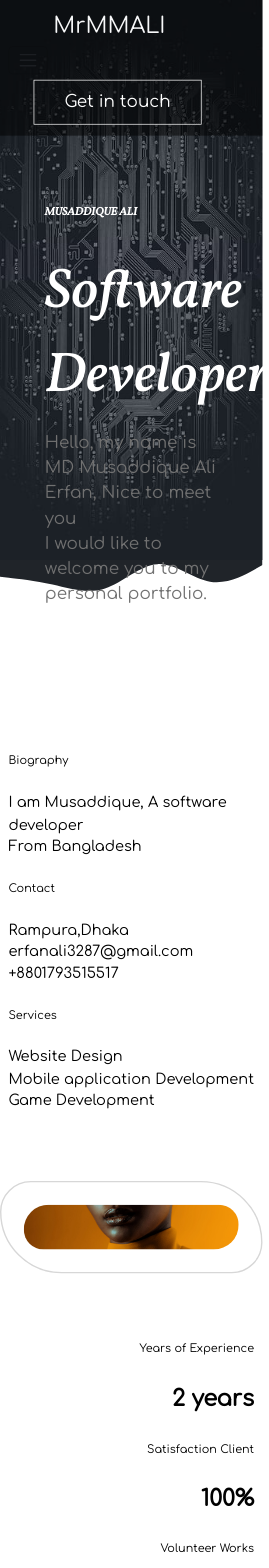
Repository: MMALI3287/Resume
Page: index.html
An editor plug-in stored every save of this project. The page is shown before and after the next save, followed by the edit.
The browser window is 375 px wide. The page is 384 px wide, so the pictures cover 384 px, including what lies to the right of the window. The pictures show the part of the page from y = 0 to 2240 px (the page is 11294 px tall), at 70% of full size.
Some web libraries are served in a nearby version.

Above is the page before, as saved 2023-07-16 02:43:06.

### index.html
<!DOCTYPE html>
<html lang="en">
  <head>
    <meta charset="UTF-8" />
    <meta name="viewport" content="width=device-width, initial-scale=1.0" />
    <link rel="stylesheet" href="css/bootstrap.css" />
    <link rel="stylesheet" href="css/style.css" />
    <title>Musaddique Ali - Web Development, Programmer </title>
  <link rel="stylesheet" href="css/style.css" />
  <script src="https://kit.fontawesome.com/03ffe29f8b.js" crossorigin="anonymous"></script>
  <!-- Google tag (gtag.js) -->
<script async src="https://www.googletagmanager.com/gtag/js?id=G-VLNF64TM34"></script>
<script>
  window.dataLayer = window.dataLayer || [];
  function gtag(){dataLayer.push(arguments);}
  gtag('js', new Date());

  gtag('config', 'G-VLNF64TM34');
</script>
  </head>
  <body>
    <div id="header">
      <nav class="navbar navbar-expand-lg position-fixed top-0 w-100">
        <div class="container-fluid">
          <a class="navbar-brand logo text-light" href="#">MrMMALI</a>
          <button
            class="navbar-toggler"
            type="button"
            data-bs-toggle="collapse"
            data-bs-target="#navbarNav"
            aria-controls="navbarNav"
            aria-expanded="false"
            aria-label="Toggle navigation"
          >
            <span class="navbar-toggler-icon"></span>
          </button>
          <div class="collapse navbar-collapse" id="navbarNav">
            <ul class="navbar-nav">
              <li class="nav-item">
                <a
                  class="nav-link active text-light"
                  aria-current="page"
                  href="#"
                  >Home</a
                >
              </li>
              <li class="nav-item">
                <a class="nav-link text-light" href="#portfolio">Portfolio</a>
              </li>
              <li class="nav-item">
                <a class="nav-link text-light" href="#expertise">Expertise</a>
              </li>
              <li class="nav-item">
                <a class="nav-link text-light" href="#about">About</a>
              </li>
              <li class="nav-item">
                <a class="nav-link text-light" href="#serv">Services</a>
              </li>
              <li class="nav-item">
                <a class="nav-link text-light" href="#projects">Projects</a>
              </li>
            </ul>
          </div>
        </div>
        <div class="git rounded-0" >
          <a class="cont" href="#contact">
            Get in touch
          </a>
        </div>
      </nav>
      <div class="land">
        <div class="header-text">
          <p class="mb-0">MUSADDIQUE ALI</p>
        </div>
        <div class="subheader">
          <p>Software Developer</p>
        </div>
        <div class="sub">
          <p>
            Hello, my name is MD Musaddique Ali Erfan, Nice to meet you <br />
            I would like to welcome you to my personal portfolio.
          </p>
        </div>
      </div>
    </div>
    <div class="abt">
    <svg xmlns="http://www.w3.org/2000/svg" viewBox="0 100 1440 320">
      <path
        fill="#202429"
        fill-opacity="1"
        d="M0,192L48,197.3C96,203,192,213,288,234.7C384,256,480,288,576,256C672,224,768,128,864,122.7C960,117,1056,203,1152,218.7C1248,235,1344,181,1392,154.7L1440,128L1440,0L1392,0C1344,0,1248,0,1152,0C1056,0,960,0,864,0C768,0,672,0,576,0C480,0,384,0,288,0C192,0,96,0,48,0L0,0Z"
      ></path>
    </svg>
    <div class="container" id="portfolio">
      <div class="row">
        <div class="col-md-3">
          <p class="biog">Biography</p>
          <p class="subtext">
            I am Musaddique, A software developer <br />
            From Bangladesh
          </p>
          <p>Contact</p>
          <p class="subtext">
            Rampura,Dhaka <br />erfanali3287@gmail.com <br />+8801793515517
          </p>
          <p>Services</p>
          <p class="subtext bot">
            Website Design <br />Mobile application Development <br />Game
            Development
          </p>
        </div>
        <div class="col-md-6 capbord">
          <div id="capsule"></div>
        </div>
        <div class="col-md-3">
          <p class="biog text-end">Years of Experience</p>
          <p class="subtext2 text-end">2 years</p>
          <p class="text-end">Satisfaction Client</p>
          <p class="subtext2 text-end">100%</p>
          <p class="text-end">Volunteer Works</p>
          <p class="subtext2 text-end">5+</p>
          <p class="text-end">Projects</p>
          <p class="subtext2 text-end">10+</p>
        </div>
      </div>
    </div>
    <svg xmlns="http://www.w3.org/2000/svg" viewBox="0 0 1440 320"><path fill="#202429" fill-opacity="1" d="M0,256L24,229.3C48,203,96,149,144,144C192,139,240,181,288,197.3C336,213,384,203,432,218.7C480,235,528,277,576,272C624,267,672,213,720,202.7C768,192,816,224,864,202.7C912,181,960,107,1008,112C1056,117,1104,203,1152,208C1200,213,1248,139,1296,122.7C1344,107,1392,149,1416,170.7L1440,192L1440,320L1416,320C1392,320,1344,320,1296,320C1248,320,1200,320,1152,320C1104,320,1056,320,1008,320C960,320,912,320,864,320C816,320,768,320,720,320C672,320,624,320,576,320C528,320,480,320,432,320C384,320,336,320,288,320C240,320,192,320,144,320C96,320,48,320,24,320L0,320Z"></path></svg>

    <div class="advantage bg-dark text-center" id="expertise">
      <div class="container">
        <div class="row">
          <p class="mexp">My Expertise</p>
        </div>
        <div class="row">
          <div class="col-md-2">
            <img
              src="assets/images/c-.png"
              height="100px"
              width="100px"
              alt="c++"
            />
            <br />
            <p class="text-light h1 mb-5 mt-5 fw-bold">91%</p>
            <p class="text-light h5 p-5">C++</p>
          </div>
          <div class="col-md-2">
            <img
              src="assets/images/android-icon.svg"
              height="100px"
              width="100px"
              alt="c++"
            /><br />
            <p class="text-light h1 mb-5 mt-5 fw-bold">84%</p>
            <p class="text-light h5 p-5">Android</p>
          </div>
          <div class="col-md-2">
            <img
              src="assets/images/flutterio-icon.svg"
              height="100px"
              width="100px"
              alt="c++"
            /><br />
            <p class="text-light h1 mb-5 mt-5 fw-bold">78%</p>
            <p class="text-light h5 p-5">Flutter</p>
          </div>
          <div class="col-md-2">
            <img
              src="assets/images/unity.png"
              height="100px"
              width="100px"
              alt="c++"
            /><br />
            <p class="text-light h1 mb-5 mt-5 fw-bold">76%</p>
            <p class="text-light h5 p-5">Unity</p>
          </div>
          <div class="col-md-2">
            <img
              src="assets/images/ADBE.svg"
              height="100px"
              width="100px"
              alt="c++"
            /><br />
            <p class="text-light h1 mb-5 mt-5 fw-bold">83%</p>
            <p class="text-light h5 p-5">Adobe</p>
          </div>
          <div class="col-md-2">
            <img
              src="https://upload.wikimedia.org/wikipedia/commons/0/0e/Microsoft_365_%282022%29.svg"
              height="100px"
              width="100px"
              alt="c++"
            /><br />
            <p class="text-light h1 mb-5 mt-5 fw-bold">94%</p>
            <p class="text-light h5 p-5">Office</p>
          </div>
        </div>
      </div>
    </div>
  </div>

    <svg xmlns="http://www.w3.org/2000/svg" viewBox="0 0 1440 320"><path fill="#202429" fill-opacity="1" d="M0,160L48,181.3C96,203,192,245,288,250.7C384,256,480,224,576,197.3C672,171,768,149,864,165.3C960,181,1056,235,1152,250.7C1248,267,1344,245,1392,234.7L1440,224L1440,0L1392,0C1344,0,1248,0,1152,0C1056,0,960,0,864,0C768,0,672,0,576,0C480,0,384,0,288,0C192,0,96,0,48,0L0,0Z"></path></svg>

    <!-- * about -->
  <div id="about">
    <div class="container">
      <div class="rowc">
        <div class="about-col-1">
          <img src="assets/images/capsule.jpg" alt="user" />
        </div>
        <div class="about-col-2">
          <h2 class="sub-title text-dark">About Me</h2>
          <p class="h5 fw-500">
            I am a software developer. I have been working as a software developer for 6 months. I have
            experience in web development, app development, and UI/UX design. I am a hardworking and
            dedicated person. I am always ready to learn new things.
          </p>
          <div class="tab-titles">
            <p class="tab-links active-link" onclick="opentab('skills')">Skills</p>
            <p class="tab-links" onclick="opentab('experience')"">Experience</p>
              <p class=" tab-links" onclick="opentab('education')"">Education</p>
            </div>
            <div class=" tab-contents active-tab" id="skills">
            <ul>
              <li><span>UI/UX</span><br />Designing Web/App Interface</li>
              <li><span>Web Development</span><br />Web app Development</li>
              <li>
                <span>App Development</span><br />Building Android/iOS apps
              </li>
            </ul>
          </div>
          <div class="tab-contents" id="experience">
            <ul>
              <li>
                <span>2022 - Current</span><br />Software Developer Intern at
                TETON Pvt ltd
              </li>
            </ul>
          </div>
          <div class="tab-contents" id="education">
            <ul>
              <li>
                <span>Current</span><br />BSc. from Ahsanullah University of
                Science and Technology
              </li>
              <li>
                <span>2020</span> <br />
                HSC from Saint Joseph Higher Secondary School and College
              </li>
              <li>
                <span>2018</span><br />SSC from Ideal School and College
              </li>
            </ul>
          </div>
        </div>
      </div>
    </div>
  </div>
  <svg xmlns="http://www.w3.org/2000/svg" id="serv" viewBox="0 0 1440 320"><path fill="#202429" fill-opacity="1" d="M0,224L24,202.7C48,181,96,139,144,138.7C192,139,240,181,288,197.3C336,213,384,203,432,218.7C480,235,528,277,576,282.7C624,288,672,256,720,224C768,192,816,160,864,160C912,160,960,192,1008,181.3C1056,171,1104,117,1152,122.7C1200,128,1248,192,1296,197.3C1344,203,1392,149,1416,122.7L1440,96L1440,320L1416,320C1392,320,1344,320,1296,320C1248,320,1200,320,1152,320C1104,320,1056,320,1008,320C960,320,912,320,864,320C816,320,768,320,720,320C672,320,624,320,576,320C528,320,480,320,432,320C384,320,336,320,288,320C240,320,192,320,144,320C96,320,48,320,24,320L0,320Z"></path></svg>


  <!-- * services -->
  <div id="services">
    <div class="container">
      <h2 class="sub-title">My Services</h2>
      <div class="services-list">
        <div>
          <i class="fa-solid fa-crop"></i>
          <h2>Game Development</h2>
          <p>
            Game Development is the art of creating captivating and immersive interactive experiences. It combines technical expertise, artistic creativity, and player psychology to craft unforgettable games.
          </p>
          <a href="https://www.freecodecamp.org/news/what-is-game-development/">Learn more</a>
        </div>
        <div>
          <i class="fa-solid fa-code"></i>
          <h2>Web Development</h2>
          <p>
            Web Development is the process of creating a website for the internet. It is a process of creating a website for the internet.
          </p>
          <a href="https://brainstation.io/career-guides/what-is-web-development">Learn more</a>
        </div>
        <div>
          <i class="fa-solid fa-mobile-screen"></i>
          <h2>App Development</h2>
          <p>
            App Development is the process of creating a mobile application for smartphones and tablets. It is a process of creating a mobile application for smartphones and tablets.
          </p>
          <a href="https://orases.com/what-is-app-development/">Learn more</a>
        </div>
      </div>
    </div>
  </div>
<svg xmlns="http://www.w3.org/2000/svg" id="projects" viewBox="0 0 1440 320"><path fill="#202429" fill-opacity="1" d="M0,256L24,234.7C48,213,96,171,144,170.7C192,171,240,213,288,224C336,235,384,213,432,213.3C480,213,528,235,576,224C624,213,672,171,720,149.3C768,128,816,128,864,122.7C912,117,960,107,1008,138.7C1056,171,1104,245,1152,261.3C1200,277,1248,235,1296,208C1344,181,1392,171,1416,165.3L1440,160L1440,0L1416,0C1392,0,1344,0,1296,0C1248,0,1200,0,1152,0C1104,0,1056,0,1008,0C960,0,912,0,864,0C816,0,768,0,720,0C672,0,624,0,576,0C528,0,480,0,432,0C384,0,336,0,288,0C240,0,192,0,144,0C96,0,48,0,24,0L0,0Z"></path></svg>

  <!-- -------------------portfolio------------------- -->
  <div id="portfolio">
    <div class="container">
      <h2 class="sub-title text-dark">My Latest Projects</h2>
      <div class="work-list">
        <div class="work">
          <div class="p-2 rounded-3 border bg-danger"><img src="assets/images/wordmaestro.jpg" height="250px" alt="UX"></div>
          <div class="layer">
            <p class="text-light h1">
              Word Maestro
            </p>
            <p class="text-light h5 mt-3">
              A puzzle game made with C++ for all ages
            </p>
            <a href="https://github.com/MMALI3287/Word-Maestro"><i class="fa-sharp fa-solid fa-up-right-from-square"></i></a>
          </div>
          <p class="h3 mt-4">Word Maestro</p>
          <p class="h6">Game Development with C++</p>
        </div>
        <div class="work">
          <div class="p-2 rounded-3 border bg-danger"><img src="assets/images/resortadmin.jpg"  height="250px"  alt="Web"></div>
          <div class="layer">
            <p class="text-light h1">
              Resort Administration
            </p>
            <p class="text-light h5 mt-3">
              A database application made with MySQL and Java in NetBeans to manage a resort
            </p>
            <a href="https://github.com/MMALI3287/Resort-Administration"><i class="fa-sharp fa-solid fa-up-right-from-square"></i></a>
          </div>
          <p class="h3 mt-4">Resort Administration</p>
          <p class="h6">Software Development with Java</p>
        </div>
        <div class="work">
          <div class="p-2 rounded-3 border bg-danger"> <img src="assets/images/reuse.png"  height="250px"  alt="App"></div>
          <div class="layer">
            <p class="text-light h1">
              ReUse
            </p>
            <p class="text-light h5 mt-3">
              An android application to donate unwanted items to the needy
            </p>
            <a href="https://github.com/MMALI3287/ReUse"><i class="fa-sharp fa-solid fa-up-right-from-square"></i></a>
          </div>
          <p class="h3 mt-4">ReUse</p>
          <p class="h6">Mobile Development with Android</p>
        </div>
      </div>
      <a href="https://github.com/MMALI3287?tab=repositories" class="btnc text-dark">See more</a>
    </div>
  </div>
  <svg xmlns="http://www.w3.org/2000/svg" viewBox="0 20 1440 300"><path fill="#202429" fill-opacity="1" d="M0,128L48,160C96,192,192,256,288,272C384,288,480,256,576,250.7C672,245,768,267,864,240C960,213,1056,139,1152,133.3C1248,128,1344,192,1392,224L1440,256L1440,320L1392,320C1344,320,1248,320,1152,320C1056,320,960,320,864,320C768,320,672,320,576,320C480,320,384,320,288,320C192,320,96,320,48,320L0,320Z"></path></svg>
  <!-- -------------------contact------------------- -->
  <div id="contact">
    <div class="container">
      <div class="row">
        <div class="contact-left">
          <h2 class="sub-title">
            Contact Me
          </h2>
          <p class="text-light"><i class="fa-solid fa-envelope"></i> erfanali3287@gmail.com</p>
          <p class="text-light"><i class="fa-solid fa-phone"></i> +880 1793 515 517</p>
          <p class="text-light"><i class="fa-solid fa-location-dot"></i> Dhaka, Bangladesh</p>
          <div class="social-icons">
            <a href="https://www.facebook.com/musaddique.mmali/"><i class="fa-brands fa-facebook"></i></a>
            <a href="https://twitter.com/MusaddiqueMMALI/"><i class="fa-brands fa-twitter"></i></a>
            <a href="https://www.instagram.com/mdmusaddiquealierfan/"><i class="fa-brands fa-instagram"></i></a>
            <a href="https://www.linkedin.com/in/musaddique-ali/"><i class="fa-brands fa-linkedin"></i></a>
            <a href="https://github.com/MMALI3287/"><i class="fa-brands fa-github"></i></a>
          </div>
          <a href="images/resume.pdf" download class="btnc btn2">Download Resume</a>
        </div>
        <div class="contact-right">
          <form name="submit-to-google-sheet">
            <input type="text" name="Name" placeholder="Your Name" required>
            <input type="email" name="E-Mail" placeholder="Your Email" required>
            <textarea name="Message" rows="6" placeholder="Your Message"></textarea>
            <button type="submit" class="btnc btn2">Send</button>
          </form>
          <span id="msg"></span>
        </div>
      </div>
    </div>
      <div class="copyright">
        <p>Copyright © Musaddique Ali. Thank you for visiting <i class="fas fa-heart"></i></p>
      </div>
    </div>

    <script src="js/bootstrap.js"></script>
    <script src="js/index.js"></script>
  </body>
</html>

### css/style.css
@import url("https://fonts.googleapis.com/css2?family=Vollkorn:ital,wght@1,500&display=swap");
@import url("https://fonts.googleapis.com/css2?family=Comfortaa&family=Vollkorn:ital,wght@1,500&display=swap");

* {
  margin: 0;
  padding: 0;
  box-sizing: border-box;
}

.navbar {
  background-color: #00000082;
}

html {
  scroll-behavior: smooth;
}

body {
  color: #fff;
  font-family: "Comfortaa", cursive;
}

.logo {
  font-size: 2rem;
  margin: 0 5rem 0 4rem;
}
.git {
  font-size: 1.5rem;
  margin: 0.5rem 3rem;
  width: 15rem;
  height: 4rem;
  background: transparent;
  color: white;
  border: 1px solid white;
  display: flex;
  justify-content: center;
  align-items: center;
}

.git:hover {
  background: white;
}

.cont:hover {
  color: black;
}

.cont {
  text-decoration: none;
  color: white;
}

#header {
  font-size: 1.5rem;
  width: 100%;
  height: 100vh;
  background: url(../assets/images/landingback.jpg) no-repeat;
  background-size: cover;
  background-position: center;
  background-position: center;
  position: absolute;
  top: 0;
}

.abt {
  margin-top: 100vh;
}

.header-text {
  font-family: "Vollkorn", serif;
  line-height: 7rem;
  margin-top: 25%;
  font-size: 8rem;
  font-weight: 700;
}
.subheader {
  font-family: "Vollkorn", serif;
  font-size: 5rem;
}
.sub {
  font-size: 1.5rem;
  color: rgb(113, 113, 113);
  font-weight: 400;
}
.land {
  padding: 0 4rem;
}

.container {
  color: black;
  padding-top: 3rem;
}

nav ul li {
  display: inline-block;
  list-style: none;
  margin: 10px 20px;
  flex-wrap: wrap;
  justify-content: center;
}

nav ul li a {
  text-decoration: none;
  color: #fff;
  font-size: 18px;
  font-weight: 500;
  position: relative;
}

nav ul li a::after {
  content: "";
  display: block;
  width: 0;
  height: 3px;
  background: #ff004f;
  transition: 0.5s;
  position: absolute;
  bottom: -6px;
  left: 0;
}

nav ul li a:hover::after {
  width: 100%;
}

#capsule {
  width: 100%;
  height: 100%;
  background: url(../assets/images/capsule.jpg) no-repeat;
  background-size: cover;
  background-position: center;
  border-radius: 250px 200px;
  padding: 2rem;
}

.biog {
  margin-top: 6rem;
}

.subtext {
  margin: 2rem 0;
  font-size: 1.3rem;
  font-weight: 500;
}

.bot {
  margin-bottom: 6.2rem;
}

.subtext2 {
  margin: 2.2rem 0;
  font-size: 2rem;
  font-weight: 700;
}

.capbord {
  border: 2px solid rgb(215, 215, 215);
  border-radius: 200px 400px;
  padding: 2rem;
}

.advantage {
  padding: 6rem;
  padding-top: 10rem;
  color: azure;
}

.mexp {
  color: azure;
  font-size: 3.5rem;
  font-weight: 500;
  margin-bottom: 10rem;
  justify-content: center;
  display: flex;
}

/* * about */
#about {
  padding: 80px 0;
  color: #ababab;
}

.rowc {
  margin-top: 8rem;
  display: flex;
  justify-content: space-between;
  align-items: center;
  flex-wrap: wrap;
}

.about-col-1 {
  flex-basis: 35%;
}

.about-col-1 img {
  width: 100%;
  border-radius: 15px;
}

.about-col-2 {
  flex-basis: 60%;
}

.sub-title {
  font-size: 60px;
  font-weight: 600;
  color: #fff;
}

.tab-titles {
  display: flex;
  align-items: center;
  margin: 20px 0 40px;
}

.tab-links {
  margin-right: 50px;
  display: flex;
  justify-content: space-between;
  align-items: center;
  flex-wrap: wrap;
  font-size: 1.3rem;
  font-weight: 500;
  cursor: pointer;
  position: relative;
}

.tab-links::after {
  content: "";
  display: block;
  width: 0;
  height: 3px;
  background: #ff004f;
  transition: 0.5s;
  position: absolute;
  bottom: -8px;
  left: 0;
}

.tab-links.active-link::after {
  width: 50%;
}

.tab-contents ul li {
  list-style: none;
  margin: 10px 0;
  flex-wrap: wrap;
  justify-content: center;
  font-size: 1.1rem;
}

.tab-contents ul li span {
  color: #b83d64;
  font-size: 1.5rem;
  font-weight: 600;
}

.tab-contents {
  display: none;
}

.tab-contents.active-tab {
  display: block;
}

/* * services */
#services {
  padding: 30px 0;
  background-color: #202429;
}

.services-list {
  display: grid;
  grid-template-columns: repeat(auto-fit, minmax(250px, 1fr));
  grid-gap: 40px;
  margin-top: 50px;
}

.services-list div {
  background: #060606;
  color: #fff;
  padding: 40px;
  font-size: 13px;
  font-weight: 300;
  border-radius: 10px;
  transition: background 0.5s, transform 0.5s;
}

.services-list div i {
  color: #fff;
  font-size: 50px;
  margin-bottom: 30px;
}

.services-list div h2 {
  color: #fff;
  font-size: 30px;
  font-weight: 500;
  margin-bottom: 15px;
}

.services-list div a {
  text-decoration: none;
  color: #fff;
  font-size: 12px;
  margin-top: 20px;
  display: inline-block;
}

.services-list div:hover {
  background: #ff004f;
  transform: translateY(-10px);
}

/* * portfolio */
#portfolio {
  justify-content: center;
  margin-top: 3rem;
}

.work-list {
  display: grid;
  grid-template-columns: repeat(auto-fit, minmax(250px, 1fr));
  grid-gap: 40px;
  margin-top: 50px;
}

.work {
  border-radius: 10px;
  position: relative;
  overflow: hidden;
}

.work img {
  width: 100%;
  border-radius: 10px;
  display: block;
  transition: transform 0.5s;
}

.layer {
  width: 100%;
  height: 0;
  background: linear-gradient(rgba(0, 0, 0, 0.6), #ff004f);
  border-radius: 10px;
  position: absolute;
  left: 0;
  bottom: 0;
  overflow: hidden;
  display: flex;
  align-items: center;
  justify-content: center;
  flex-direction: column;
  padding: 0 40px;
  text-align: center;
  font-size: 14px;
  transition: height 0.5s;
}

.layer h3 {
  font-weight: 500;
  margin-bottom: 20px;
}

.layer a {
  text-decoration: none;
  color: #ff004f;
  font-size: 18px;
  line-height: 60px;
  margin-top: 20px;
  background: #fff;
  width: 60px;
  height: 60px;
  border-radius: 50%;
  text-align: center;
}

.work:hover img {
  transform: scale(1.1);
}

.work:hover .layer {
  height: 100%;
}

.btnc {
  display: block;
  margin: 50px auto;
  width: fit-content;
  border: 1px solid #ff004f;
  padding: 14px 50px;
  border-radius: 10px;
  text-decoration: none;
  color: #fff;
  transition: background 0.5s;
  font-size: 1.5rem;
  font-weight: 500;
}

.btnc:hover {
  background: #ff004f;
}

/* * contact */

#contact {
  background-color: #202429;
}

.contact-left {
  flex-basis: 35%;
}
.contact-right {
  flex-basis: 60%;
}

.contact-left p {
  margin-top: 30px;
}

.contact-left p i {
  color: #ff004f;
  margin-right: 15px;
  font-size: 25px;
}

.social-icons {
  margin-top: 30px;
}

.social-icons a {
  text-decoration: none;
  display: inline-block;
  font-size: 30px;
  color: #ababab;
  border-radius: 50%;
  margin-right: 15px;
  transition: background 0.5s;
}
.social-icons a:hover {
  color: #ff004f;
  background: #fff;
  height: 40px;
  width: 45px;
  line-height: 40px;
  text-align: center;
  font-size: 35px;
  transform: translateY(-5px);
}
.btnc.btn2 {
  display: inline-block;
  background: #ff004f;
  color: #fff;
  border: 1px solid #ff004f;
  margin-top: 30px;
  padding: 14px 50px;
  border-radius: 10px;
  text-decoration: none;
  transition: background 0.5s;
}

.contact-right form {
  width: 100%;
}

form input,
form textarea {
  width: 100%;
  padding: 15px 20px;
  margin: 15px 0;
  outline: none;
  border: 0;
  border-radius: 10px;
  font-size: 18px;
  color: #fff;
  background: #060606;
}

form .btn2 {
  padding: 14px 60px;
  font-size: 18px;
  margin-top: 20px;
  cursor: pointer;
}

.copyright {
  width: 100%;
  text-align: center;
  padding: 25px 0;
  background: #060606;
  font-weight: 300;
  margin-top: 20px;
}

.copyright i {
  color: #ff004f;
  font-size: 20px;
}

nav .fas {
  display: none;
}

#msg {
  color: #61b752;
  margin-top: -40px;
  display: block;
  font-size: 16px;
  font-weight: 500;
  text-align: center;
}

/* ------------------------------- css for small screens ------------------------------ */

@media only screen and (max-width: 600px) {
  #header {
    background-image: url(../assets/images/bg-mobile.jpg);
  }
  .header-text {
    margin-top: 100%;
    font-size: 16px;
  }
  .header-text h1 {
    font-size: 30px;
  }

  h2 {
    font-size: 25px;
  }

  nav .fas {
    display: block;
    font-size: 25px;
  }
  nav ul {
    background: #ff004f;
    position: fixed;
    top: 0;
    right: -200px;
    width: 200px;
    height: 100vh;
    padding-top: 50px;
    z-index: 2;
    transition: right 0.5s;
  }
  nav ul li {
    display: block;
    margin: 25px;
  }
  nav ul .fas {
    position: absolute;
    top: 25px;
    left: 25px;
    cursor: pointer;
  }
  .sub-title {
    font-size: 40px;
  }
  .about-col-1,
  .about-col-2 {
    flex-basis: 100%;
  }
  .about-col-1 {
    margin-bottom: 30px;
  }
  .about-col-2 {
    font-size: 14px;
  }
  .tab-links {
    font-size: 16px;
    margin-right: 20px;
  }
  .contact-left,
  .contact-right {
    flex-basis: 100%;
  }
  .copyright {
    font-size: 14px;
  }
  form .btn2 {
    padding: 14px 40px;
    width: 100%;
  }
}

### js/index.js
let tablinks = document.getElementsByClassName("tab-links");
let tabcontents = document.getElementsByClassName("tab-contents");
function opentab(tabname) {
  for (let tablink of tablinks) tablink.classList.remove("active-link");
  for (let tabcontent of tabcontents) tabcontent.classList.remove("active-tab");
  event.currentTarget.classList.add("active-link");
  document.getElementById(tabname).classList.add("active-tab");
}

let sidemenu = document.getElementById("sidemenu");
function openmenu() {
  sidemenu.style.right = "0";
}
function closemenu() {
  sidemenu.style.right = "-200px";
}

const scriptURL =
  "https://script.google.com/macros/s/AKfycbweIFA406kLCn8JOrIW-5p-dtJ7j9e8FbQg1LLUW5Mk5p9cZg4kpXwc1kParYo2nA4j/exec";
const form = document.forms["submit-to-google-sheet"];
const msg = document.getElementById("msg");

form.addEventListener("submit", (e) => {
  e.preventDefault();
  fetch(scriptURL, { method: "POST", body: new FormData(form) })
    .then((response) => {
      msg.innerHTML =
        "Message sent successfully. Thank you for contacting me. I will get back to you soon.";
      setTimeout(function () {
        msg.innerHTML = "";
      }, 5000);
      form.reset();
    })
    .catch((error) => console.error("Error!", error.message));
});

Loaded but not shown: css/bootstrap.css (library); js/bootstrap.js (library)

After the next save:
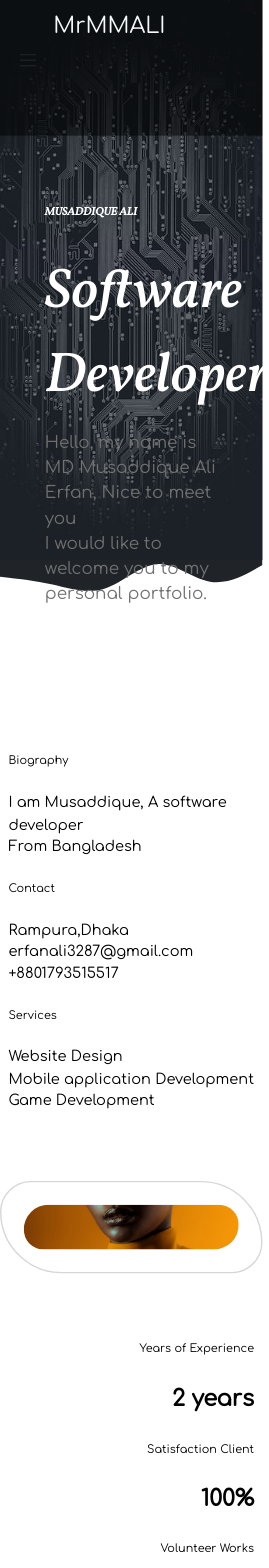
Saved 107 s later.
--- a/css/style.css
+++ b/css/style.css
@@ -516,6 +516,10 @@
   #header {
     background-image: url(../assets/images/bg-mobile.jpg);
   }
+  .git {
+    visibility: hidden;
+  }
+
   .header-text {
     margin-top: 100%;
     font-size: 16px;
